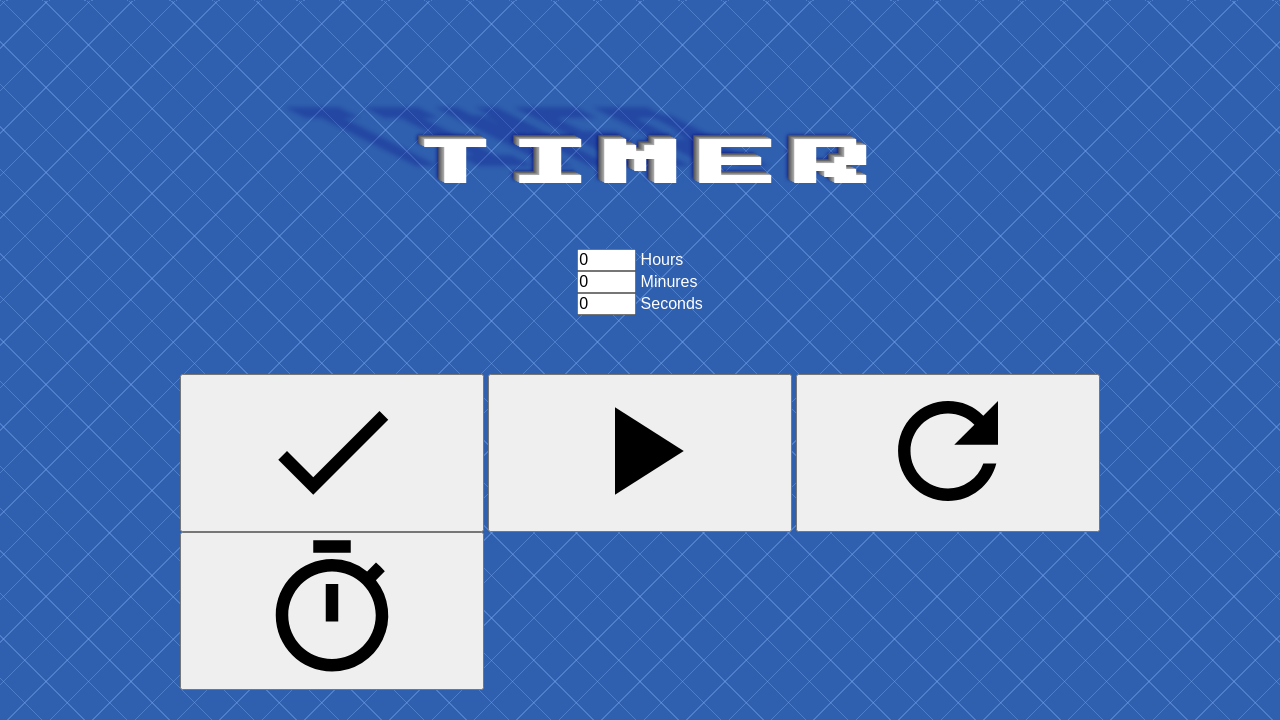
Repository: KrzysKolo/Projekt-12_Timer
Page: index.html
The author's editor kept a copy of each file at every save. The page is drawn from the files as they stood at one save, then again after the next save.
The browser window is 1280 px wide. The pictures show the whole page.
Some web fonts or font styles are not loaded; a fallback is used.

Above is the page before, as saved 2020-06-24 22:10:22.

### index.html
<!DOCTYPE html>
<html lang="en">
  <head>
    <meta charset="UTF-8" />
    <meta name="viewport" content="width=device-width, initial-scale=1.0" />
    <title>Taimer</title>
    <link
      href="https://fonts.googleapis.com/css2?family=Aldrich&family=Press+Start+2P&display=swap"
      rel="stylesheet"
    />

    <link rel="stylesheet" href="./css/style.css" />
  </head>
  <body>
    <main class="timer">
      <header class="timer__header">
        <h1 class="timer__heading" data-text="TIMER">
          Timer
        </h1>
      </header>
      <article class="timer__clock">
        <!-- input hours-->
        <section class="clock">
          <input
            type="number"
            name="hours"
            id="hours"
            value="0"
            min="0"
            max="99"
            class="clock__input"
            data-timer-input__hours
          />
          <label for="hours" class="clock__label">Hours</label>
        </section>
        <!-- input minutes-->
        <section class="clock">
          <input
            type="number"
            name="minutes"
            id="minutes"
            value="0"
            min="0"
            max="59"
            class="clock__input"
            data-timer-input__minutes
          />
          <label for="minutes" class="clock__label">Minures</label>
        </section>
        <!-- input seconds -->
        <section class="clock">
          <input
            type="number"
            name="seconds"
            id="seconds"
            value="0"
            min="0"
            max="59"
            class="clock__input"
            data-timer-input__seconds
          />
          <label for="seconds" class="clock__label">Seconds</label>
        </section>
      </article>
      <article class="timer__buttons">
        <!-- button 1 -->
        <button class="button">
          <svg class="button__icon">
            <use xlink:href="./assets/icons/sprite.svg#done-24px"></use>
          </svg>
        </button>
        <!-- button 2 -->
        <button class="button">
          <svg class="button__icon">
            <use xlink:href="./assets/icons/sprite.svg#play_arrow-24px"></use>
          </svg>
        </button>
        <!-- button 3 -->
        <button class="button">
          <svg class="button__icon">
            <use xlink:href="./assets/icons/sprite.svg#refresh-24px"></use>
          </svg>
        </button>
        <!-- dźwięk -->
        <section class="timer__audio">
          <audio src="./assets/sounds/alarm.mp3" loop></audio>
          <button class="button">
            <svg class="button__icon button__icon--alarm">
              <use xlink:href="./assets/icons/sprite.svg#timer-24px"></use>
            </svg>
          </button>
        </section>
      </article>
    </main>
  </body>
</html>

### css/style.css
*,
*::before,
*::after {
  padding: 0;
  margin: 0;
  box-sizing: inherit;
  font-size: 16px;
}
body {
  box-sizing: border-box;
  color: #fff;
  font-family: "Aldrich", sans-serif;
  background-color: #2f5faf;
  background-position: 0 1px;

  background-image: -webkit-repeating-linear-gradient(
      deg,
      rgba(125, 170, 242, 0.4),
      rgba(125, 170, 242, 0.4) 1px,
      transparent 1px,
      transparent 30px
    ),
    -webkit-repeating-linear-gradient(90deg, rgba(125, 170, 242, 0.4), rgba(
            125,
            170,
            242,
            0.4
          )
          1px, transparent 1px, transparent 30px);
  background-image: repeating-linear-gradient(
      -45deg,
      rgba(125, 170, 242, 0.4),
      rgba(125, 170, 242, 0.4) 1px,
      transparent 1px,
      transparent 30px
    ),
    repeating-linear-gradient(
      45deg,
      rgba(125, 170, 242, 0.4),
      rgba(125, 170, 242, 0.4) 1px,
      transparent 1px,
      transparent 30px
    );
}
.timer {
  width: 100vw;
  height: 100vh;
  position: relative;

  display: flex;
  flex-direction: column;
  justify-content: space-around;
  align-items: flex-start;
  align-items: center;
}
.timer__header {
  padding: 3rem;
}

.timer__heading {
  font-family: "Press Start 2P", cursive;
  font-size: 4rem;
  text-transform: uppercase;
  position: relative;
  top: 50%;
  left: -25%;
  transform: calc(-50%, -50%);
  color: rgba(0, 0, 0, 0);

  transform: skew(63deg, 0deg);
  letter-spacing: 15px;
  text-shadow: 0 0 3px rgba(0, 0, 128, 0.25);
  z-index: 50;
}
.timer__heading::after {
  content: attr(data-text);
  font-family: "Press Start 2P", cursive;
  font-size: 5rem;
  position: absolute;
  top: 15px;
  left: 25px;
  color: rgba(255, 255, 255, 1);

  transform: skew(-63deg) scale(1, 0.6);

  text-shadow: -1px -1px 1px #aaa, -2px -2px 1px #999, -3px -3px 1px #888,
    -4px -4px 1px #777, -5px -5px 1px #666, -6px -6px 1px #555,
    -7px -7px 5px rgba(0, 0, 128, 0.75);
  z-index: 100;
}

After the next save:
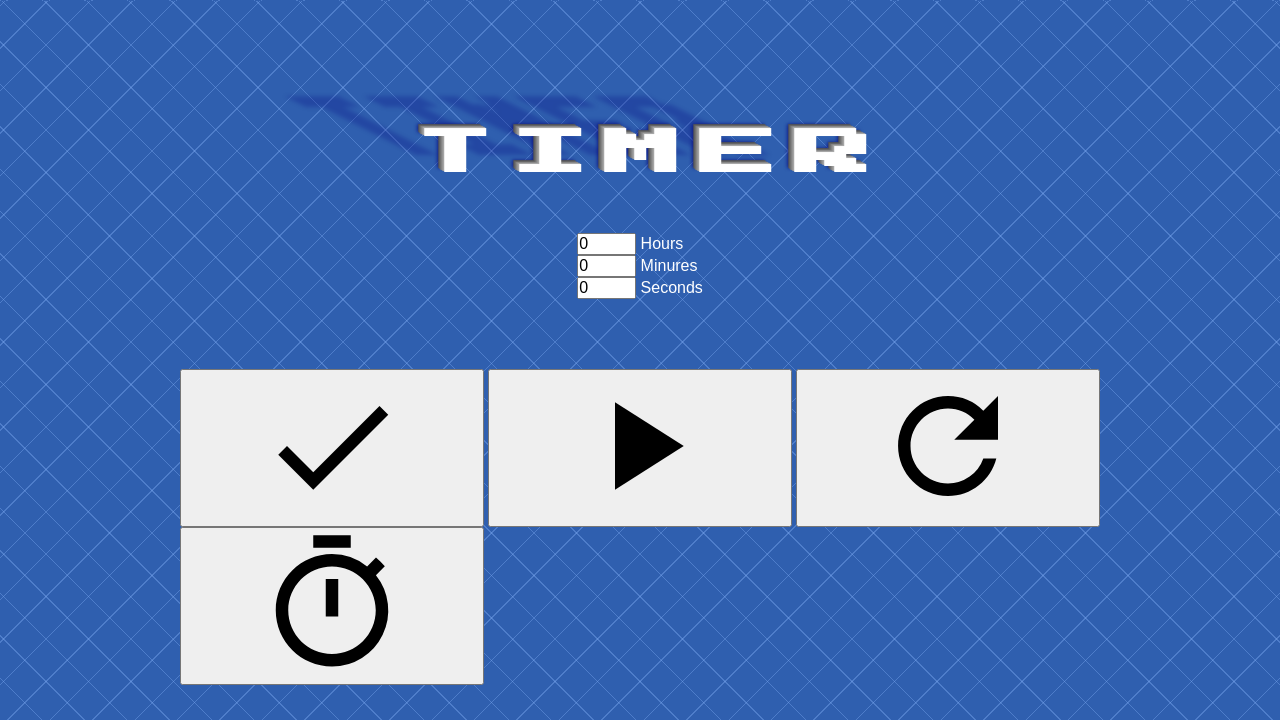
Saved 15 s later.
--- a/css/style.css
+++ b/css/style.css
@@ -54,7 +54,7 @@ body {
   align-items: center;
 }
 .timer__header {
-  padding: 3rem;
+  padding: 2rem;
 }
 
 .timer__heading {
